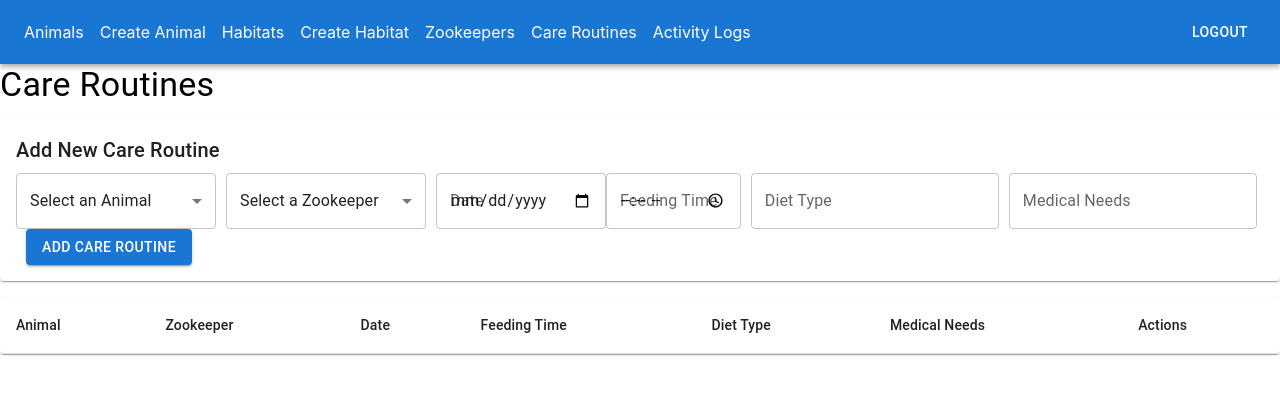
Repository: maomao7788/Digital-Zoo-Management1
Page: /care_routines (app in frontend/)
These files come from the project's save history. The page is drawn as it stood at one moment and after the next save; the edit follows.
The browser window is 1280 px wide. The pictures show the whole page.
The page's requests for data from a server got no answer. The project was rebuilt for these pictures with package versions that can differ from the ones it lists, and the page was loaded fresh each time. No one was signed in, and anything a server would have sent is missing. Also part of the build but not shown: frontend/src/pages/AnimalList.tsx, frontend/src/pages/CreateAnimal.tsx, frontend/src/pages/Login.tsx, frontend/src/components/PrivateRoute.tsx, frontend/src/pages/EditAnimal.tsx, frontend/src/pages/HabitatList.tsx, frontend/src/pages/CreateHabitat.tsx, frontend/src/pages/EditHabitat.tsx and 3 more.

Above is the page before, as saved 2025-03-04 22:24:17.

After the next save:
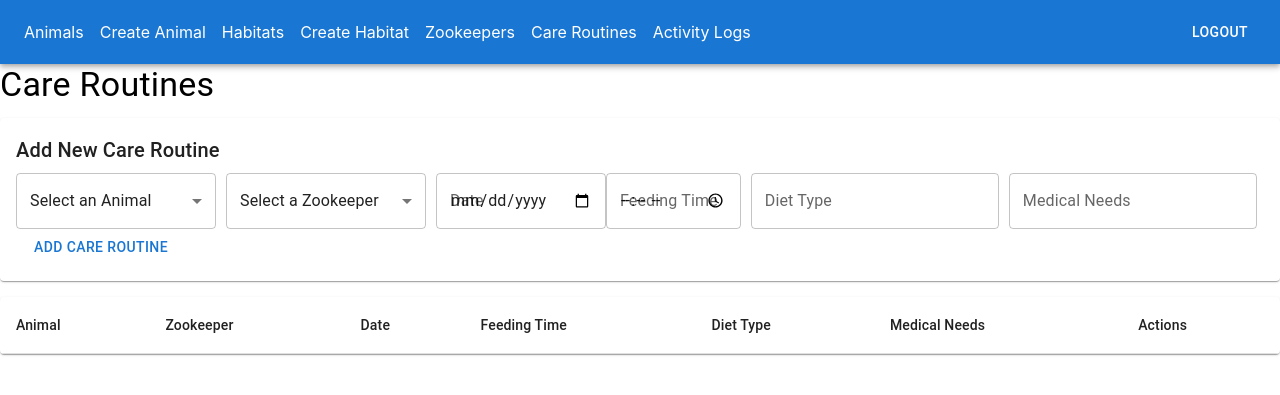
Saved 13 s later.
--- a/frontend/src/pages/CareRoutinePage.tsx
+++ b/frontend/src/pages/CareRoutinePage.tsx
@@ -190,7 +190,7 @@ const CareRoutinePage: React.FC = () => {
           value={newCareRoutine.medical_needs}
           onChange={(e) => setNewCareRoutine({ ...newCareRoutine, medical_needs: e.target.value })}
         />
-        <Button variant="contained" color="primary" onClick={handleCreateCareRoutine} style={{ marginLeft: 10 }}>
+        <Button  onClick={handleCreateCareRoutine} style={{ marginLeft: 10 }}>
           Add Care Routine
         </Button>
       </Paper>
